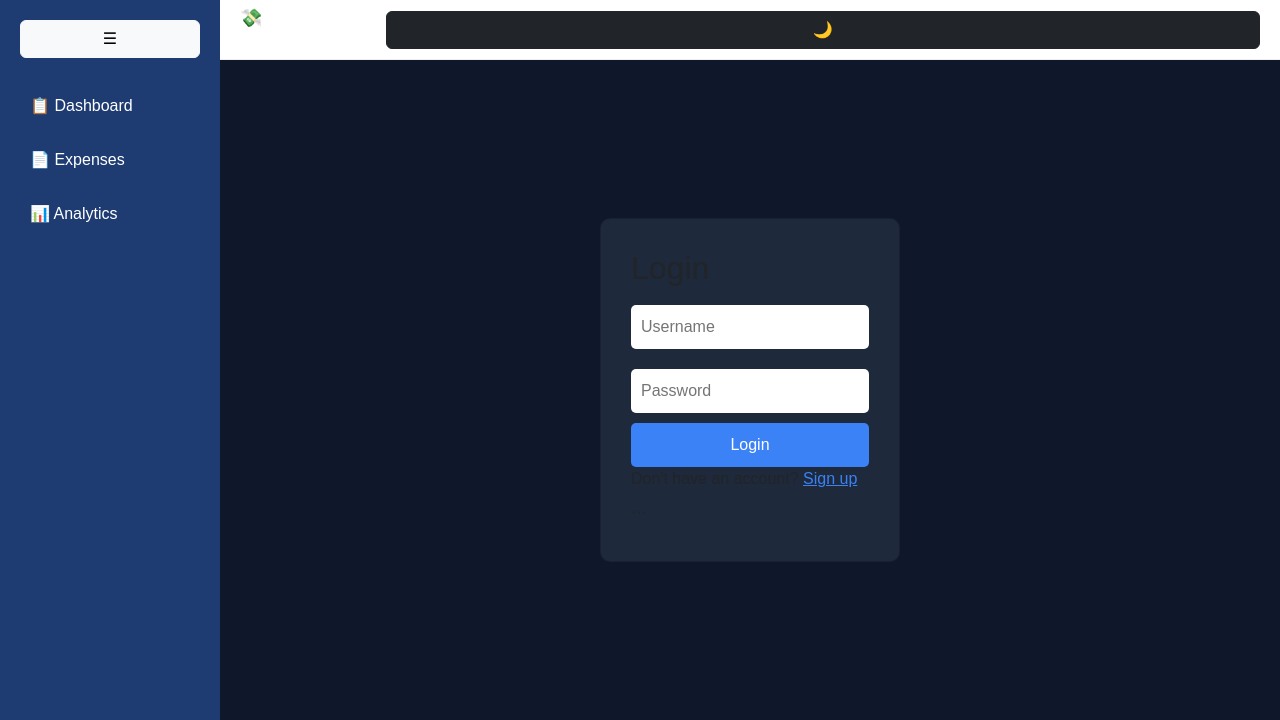
Repository: TejasChoudhary1996/expense-microservices
Page: http://localhost/ui-service/WEB-INF/jsp/pages/login.jsp
The author's editor kept a copy of each file at every save. The page is drawn from the files as they stood at one save, then again after the next save.
The browser window is 1280 px wide. The pictures show the whole page.
The page is served by Tomcat 10. Nobody is signed in. Other server files are loaded and not shown. The template is opened directly, without the code that normally fills it, so the values that code supplies are empty.

Above is the page before, as saved 2026-03-27 20:41:11.

### ui-service/src/main/webapp/WEB-INF/jsp/pages/login.jsp
<%@ page contentType="text/html; charset=UTF-8" pageEncoding="UTF-8"%>
<%@ include file="../layout/header.jsp" %>
<%@ include file="../layout/sidebar.jsp" %>


<html>
<head>
<meta charset="UTF-8">
<title>Login</title>
</head>
<body>
<div class="content">
<!DOCTYPE html>

<html>
<head>
    <title>Login</title>
    <style>
        body {
            font-family: Arial;
            background: #0f172a;
            display: flex;
            justify-content: center;
            align-items: center;
            height: 100vh;
            color: white;
        }
        .card {
            background: #1e293b;
            padding: 30px;
            border-radius: 10px;
            width: 300px;
        }
        input {
            width: 100%;
            padding: 10px;
            margin: 10px 0;
            border-radius: 5px;
            border: none;
        }
        button {
            width: 100%;
            padding: 10px;
            background: #3b82f6;
            color: white;
            border: none;
            border-radius: 5px;
        }
        a {
            color: #3b82f6;
        }
    </style>
</head>
<body>

<div class="card">
    <h2>Login</h2>


<form action="/login" method="post">
    <input name="username" placeholder="Username" required/>
    <input name="password" type="password" placeholder="Password" required/>
    <button type="submit">Login</button>
</form>

<p>Don't have an account? <a href="/signup">Sign up</a></p>
```

</div>

</body>
</html>

</div>
</body>
</html>

### ui-service/src/main/webapp/WEB-INF/jsp/layout/header.jsp
<%@ page contentType="text/html; charset=UTF-8" pageEncoding="UTF-8"%>

<!DOCTYPE html>
<html>
<head>

<meta charset="UTF-8">
<meta name="viewport" content="width=device-width, initial-scale=1">

<title>Expense Tracker</title>

<link href="https://cdn.jsdelivr.net/npm/bootstrap@5.3.0/dist/css/bootstrap.min.css" rel="stylesheet">
<script src="https://cdn.jsdelivr.net/npm/chart.js"></script>
<script src="https://cdn.jsdelivr.net/npm/bootstrap@5.3.0/dist/js/bootstrap.bundle.min.js"></script>
<%@ taglib prefix="c" uri="jakarta.tags.core"%>

<style>
body {
    margin: 0;
    font-family: 'Poppins', sans-serif;
    background: #f4f6f9;
}

/* ===== SIDEBAR ===== */
.sidebar {
    width: 220px;
    height: 100vh;
    background: #1e3c72;
    color: white;
    position: fixed;
    top: 0;
    left: 0;
    padding: 20px;
}

/* ===== HEADER ===== */
.header {
    position: fixed;
    top: 0;
    left: 220px;
    right: 0;
    height: 60px;
    background: white;
    display: flex;
    align-items: center;
    justify-content: space-between;
    padding: 0 20px;
    border-bottom: 1px solid #eee;
    z-index: 1000;
}

/* Header title modern look */
.header h5 {
    margin: 0;
    font-weight: 600;
    font-size: 18px;
}

/* ===== CONTENT ===== */
.content {
    margin-left: 220px;
    margin-top: 60px;
    padding: 20px;
}

/* ===== CARD ===== */
.card-box {
    background: white;
    padding: 20px;
    border-radius: 10px;
    margin-bottom: 20px;
}

/* ===== BUTTON ===== */
.btn-primary {
    background: #ff7a18;
    border: none;
}

/* ===== SIDEBAR LINKS ===== */
.sidebar a {
    display: block;
    padding: 10px;
    margin: 10px 0;
    color: white;
    text-decoration: none;
    border-radius: 8px;
}

.sidebar a:hover {
    background: rgba(255,255,255,0.1);
}

.sidebar a.active {
    background: #ff7a18;
}

/* ===== COLLAPSE ===== */
.sidebar.collapsed {
    width: 70px;
}

.sidebar.collapsed span {
    display: none;
}

.content.expanded {
    margin-left: 70px;
}

.header.expanded {
    left: 70px;
}

/* ===== DARK MODE ===== */
body.dark {
    background: #121212;
    color: white;
}

/* FIX HEADER IN DARK MODE */
body.dark .header {
    background: #1e1e1e;
    color: white;
    border-bottom: 1px solid #333;
}

body.dark .card-box {
    background: #1e1e1e;
}

body.dark .sidebar {
    background: #000;
}

body.dark input,
body.dark select {
    background: #2c2c2c;
    color: white;
    border: none;
}

/* Inputs fix */
body.dark input::placeholder {
    color: #aaa;
}

canvas {
    max-height: 300px !important;
}
</style>

<script>

function toggleSidebar() {
    const sidebar = document.getElementById("sidebar");
    const content = document.querySelector(".content");
    const header = document.querySelector(".header");

    if (!sidebar || !content || !header) return;

    sidebar.classList.toggle("collapsed");
    content.classList.toggle("expanded");
    header.classList.toggle("expanded");
}

function toggleTheme() {
    document.body.classList.toggle("dark");
}
</script>
</script>

</head>

<body>


<!-- ===== HEADER ===== -->
<div class="header">
    <h5>💸 Expense Tracker</h5>
    <button onclick="toggleTheme()" class="btn btn-dark">🌙</button>
</div>

### ui-service/src/main/webapp/WEB-INF/jsp/layout/sidebar.jsp
<%@ page contentType="text/html; charset=UTF-8" pageEncoding="UTF-8"%>

<div class="sidebar" id="sidebar">

    <button onclick="toggleSidebar()" class="btn btn-light mb-3">☰</button>

  <a href="/" class="menu-item ${page == 'dashboard' ? 'active' : ''}">
        📋 <span>Dashboard</span>
    </a>

    <a href="/expenses" class="menu-item ${page == 'expenses' ? 'active' : ''}">
        📄 <span>Expenses</span>
    </a>

    <a href="/analytics" class="menu-item ${page == 'analytics' ? 'active' : ''}">
        📊 <span>Analytics</span>
    </a>

</div>

After the next save:
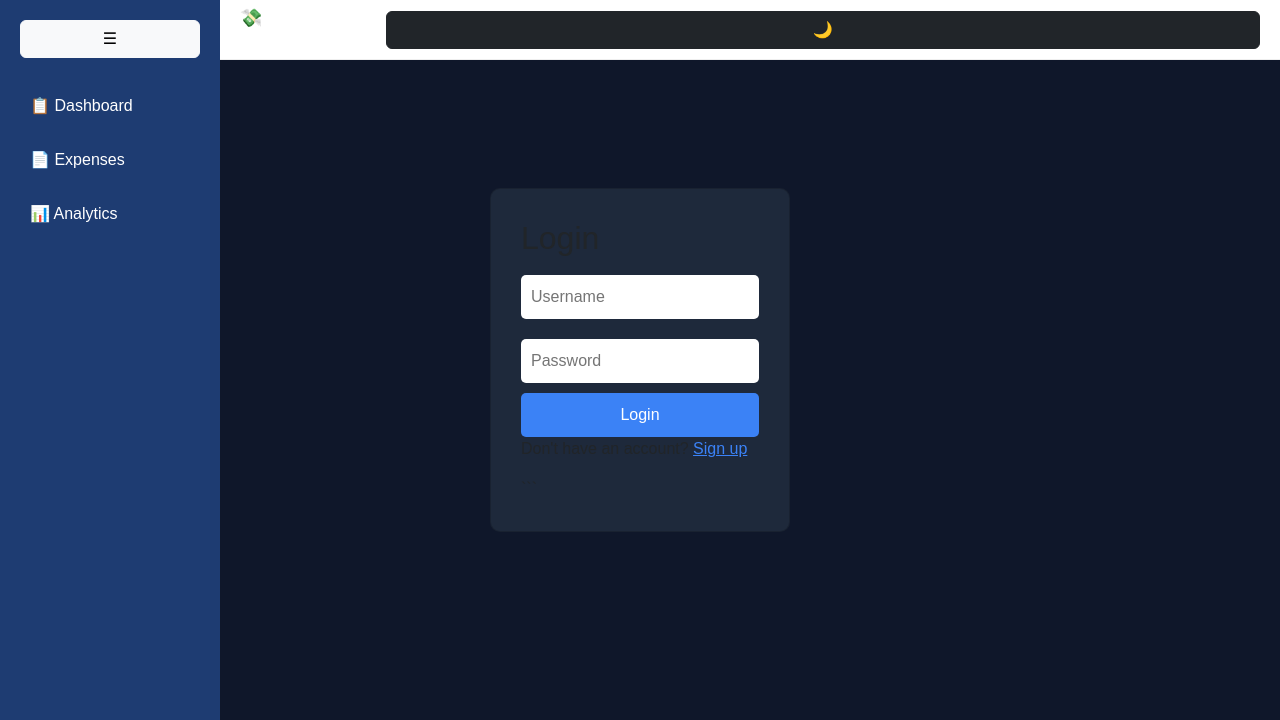
Saved 63 s later.
--- a/ui-service/src/main/webapp/WEB-INF/jsp/pages/login.jsp
+++ b/ui-service/src/main/webapp/WEB-INF/jsp/pages/login.jsp
@@ -1,16 +1,6 @@
 <%@ page contentType="text/html; charset=UTF-8" pageEncoding="UTF-8"%>
 <%@ include file="../layout/header.jsp" %>
 <%@ include file="../layout/sidebar.jsp" %>
-
-
-<html>
-<head>
-<meta charset="UTF-8">
-<title>Login</title>
-</head>
-<body>
-<div class="content">
-<!DOCTYPE html>
 
 <html>
 <head>
@@ -70,7 +60,3 @@
 
 </body>
 </html>
-
-</div>
-</body>
-</html>
